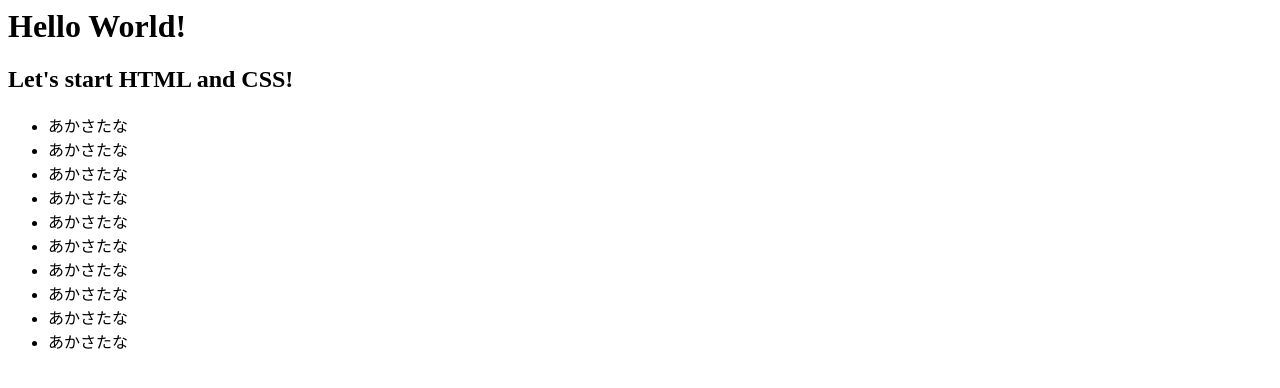
Repository: samuraiyutaichita/sample
Page: http://localhost/test.php
The author's editor kept a record of every edit. The page is drawn from the files as they stood at one moment, then again after the next edit.
The browser window is 1280 px wide. The pictures show the whole page.
The page is run by PHP 8.4 with error messages shown; the project is at /var/www/html/.

Above is the page before.

After the next edit:
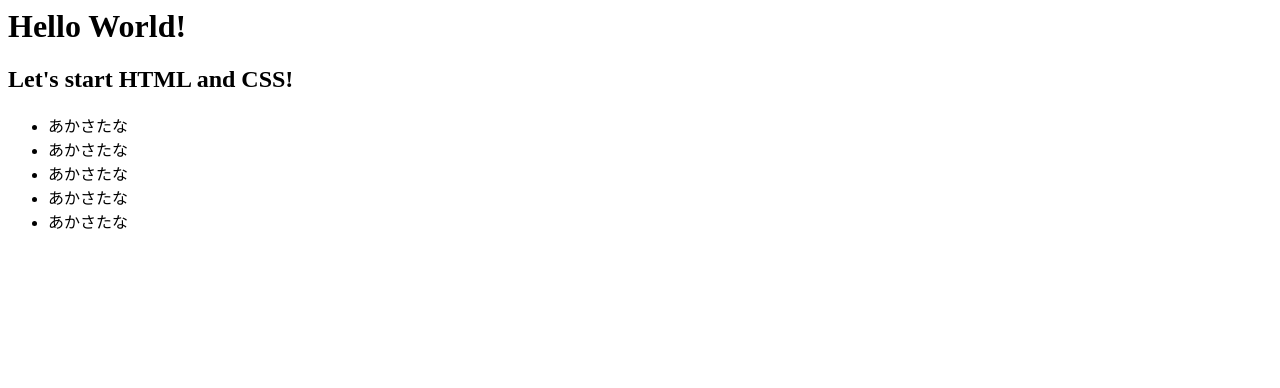
The edit:
--- a/test.php
+++ b/test.php
@@ -6,7 +6,7 @@
 <ul>
 <?php
 
-for ($i = 0; $i < 10; $i++) {
+for ($i = 0; $i < 5; $i++) {
 
     echo "<li>"."あかさたな"."</li>";
 
